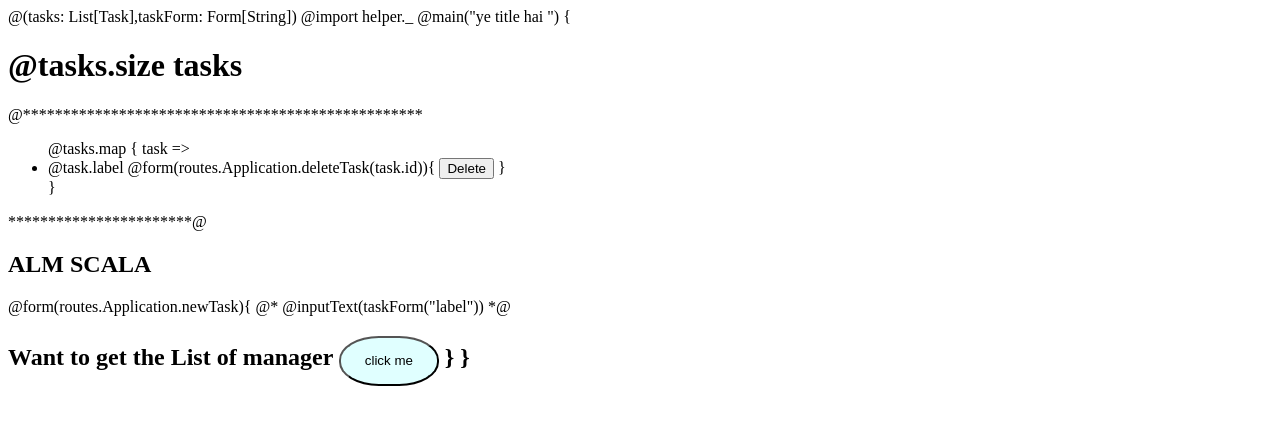
Repository: sumitkum200690/PLAY_SLICK
Page: Play_DB/app/views/index.scala.html
The author's editor kept a copy of each file at every save. The page is drawn from the files as they stood at one save, then again after the next save.
The browser window is 1280 px wide. The pictures show the whole page.

Above is the page before, as saved 2015-09-21 11:45:30.

### Play_DB/app/views/index.scala.html
@(tasks: List[Task],taskForm: Form[String])

@import helper._
@main("ye title hai ") {


	<h1>@tasks.size tasks </h1>

@**************************************************
 <ul>

		@tasks.map { task =>

			<li>
				@task.label
				@form(routes.Application.deleteTask(task.id)){
					<input type="submit" value="Delete">
				}

			</li>

			}



	</ul> ***********************@

<h2><b>ALM SCALA</b></h2>
		@form(routes.Application.newTask){
		@*	@inputText(taskForm("label")) *@
			<h2><b> Want to get the List of manager <input type="submit" value="click me" style="height:50px; border-radius:40px/24px; width:100px; background-color:lightcyan" >


	  	}
}

After the next save:
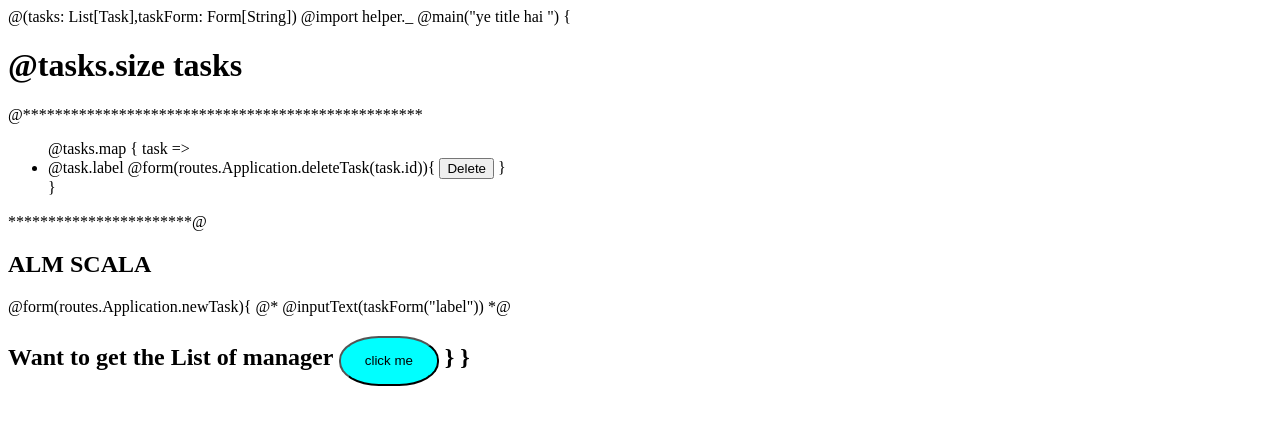
Saved 11 s later.
--- a/Play_DB/app/views/index.scala.html
+++ b/Play_DB/app/views/index.scala.html
@@ -28,7 +28,7 @@
 <h2><b>ALM SCALA</b></h2>
 		@form(routes.Application.newTask){
 		@*	@inputText(taskForm("label")) *@
-			<h2><b> Want to get the List of manager <input type="submit" value="click me" style="height:50px; border-radius:40px/24px; width:100px; background-color:lightcyan" >
+			<h2><b> Want to get the List of manager <input type="submit" value="click me" style="height:50px; border-radius:40px/24px; width:100px; background-color:cyan" >
 
 
 	  	}
